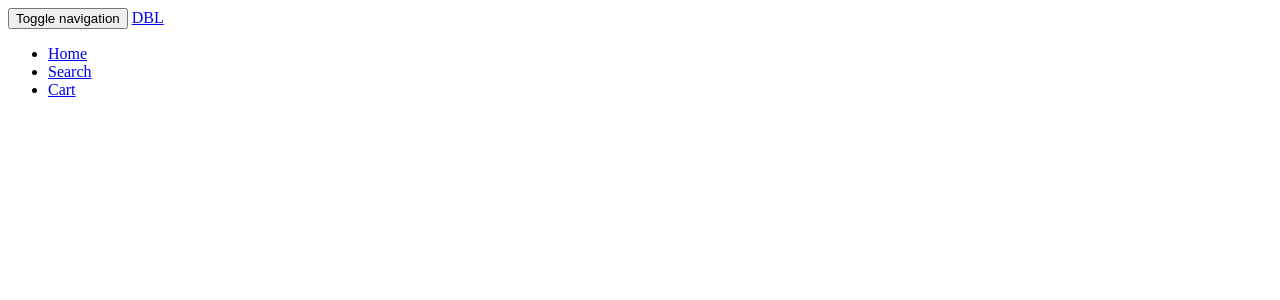
Repository: iancwwong/DigitalBibliographicalLibrary
Page: DigitalBibliographicLibrary/WebContent/include/navbar.html
An editor plug-in stored every save of this project. The page is shown before and after the next save, followed by the edit.
The browser window is 1280 px wide. The pictures show the whole page.

Above is the page before, as saved 2016-08-26 09:05:05.

After the next save:
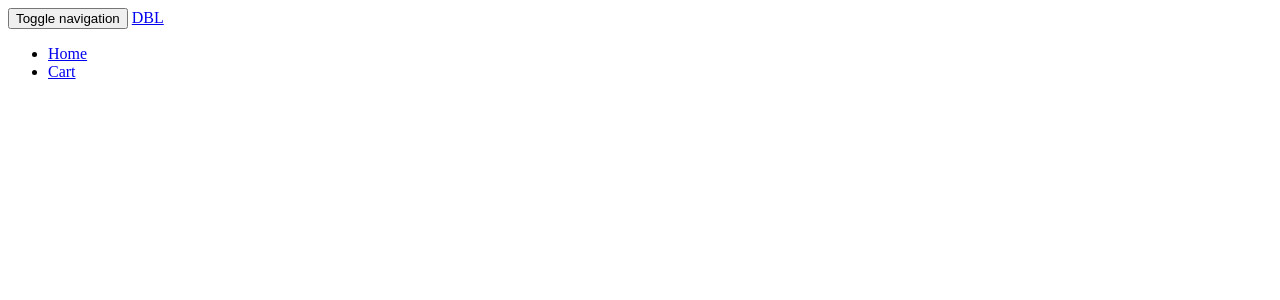
Saved 17 s later.
--- a/DigitalBibliographicLibrary/WebContent/include/navbar.html
+++ b/DigitalBibliographicLibrary/WebContent/include/navbar.html
@@ -17,7 +17,6 @@
         <div id="navbar" class="navbar-collapse collapse">
           <ul class="nav navbar-nav">
             <li class="active"><a href="${pageContext.request.contextPath}/index">Home</a></li>
-            <li><a href="${pageContext.request.contextPath}/search">Search</a></li>
             <li><a href="${pageContext.request.contextPath}/cart">Cart</a></li>
           </ul>
         </div>
